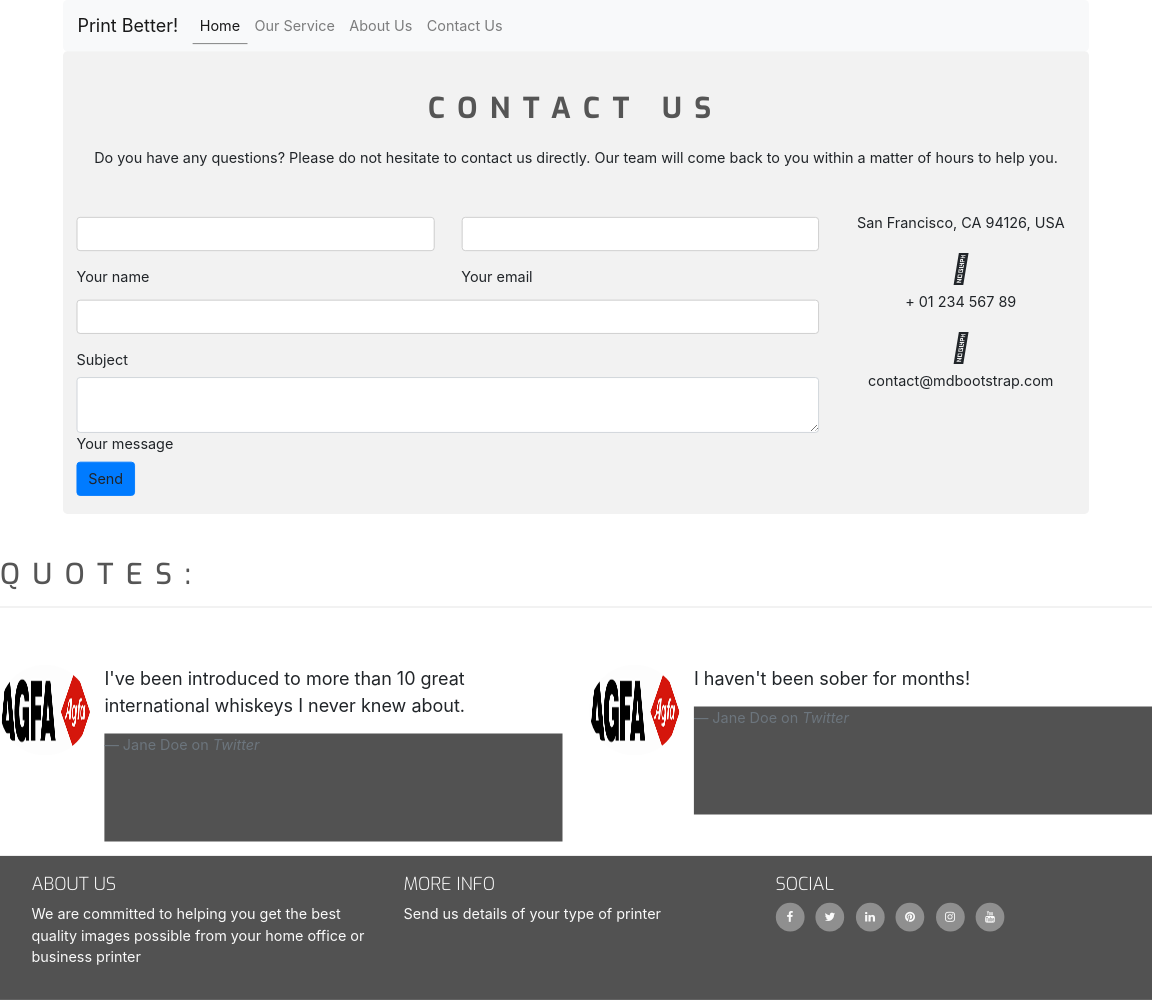
Repository: marks530/first_milestone
Page: Contact_Us.html
These files come from the project's save history. The page is drawn as it stood at one moment and after the next save; the edit follows.
The browser window is 1280 px wide. The page is 1295 px wide, then 1280 px, so the pictures cover 1295 px, including what lies to the right of the window. The pictures show the whole page, at 90% of full size.
Some web libraries are served in a nearby version.

Above is the page before, as saved 2021-03-19 13:13:51.

### Contact_Us.html
<!DOCTYPE html>
<html lang="en">

<head>
    <meta charset="UTF-8">
    <meta http-equiv="X-UA-Compatible" content="IE=edge">
    <meta name="viewport" content="width=device-width, initial-scale=1.0">
    <link href="css/style.css" rel="stylesheet" type="text/css" />
    <link rel="stylesheet" href="https://maxcdn.bootstrapcdn.com/bootstrap/4.2.1/css/bootstrap.min.css" type="text/css" />
    <link rel="stylesheet" href="https://maxcdn.bootstrapcdn.com/font-awesome/4.7.0/css/font-awesome.min.css" type="text/css" />
    <link rel="stylesheet" href="https://cdnjs.cloudflare.com/ajax/libs/hover.css/2.1.1/css/hover-min.css" type="text/css" />
    <link href='https://fonts.googleapis.com/css?family=Roboto:100,200,300,400' rel='stylesheet' type='text/css'>
    <title>Document</title>
</head>

<body>
    <section>
        <nav class="navbar navbar-custom navbar-expand-lg navbar-light bg-light container">
            <a class="navbar-brand" href="#">Print Better!</a>
            <button class="navbar-toggler" type="button" data-toggle="collapse" data-target="#navbarSupportedContent" aria-controls="navbarSupportedContent" aria-expanded="false" aria-label="Toggle navigation">
            <span class="navbar-toggler-icon"></span>
            </button>

            <div class="collapse navbar-collapse" id="navbarSupportedContent">
                <ul class="navbar-nav mr-auto">
                    <li class="nav-item active">
                        <a class="nav-link" href="#">Home <span class="sr-only">(current)</span></a>
                    </li>
                    <li class="nav-item">
                        <a class="nav-link" href="service.html">Our Service</a>
                    </li>
                    <li class="nav-item">
                        <a class="nav-link" href="about_us.html">About Us</a>
                    </li>
                    <li class="nav-item">
                        <a class="nav-link" href="#">Contact Us</a>
                    </li>
                </ul>

            </div>
        </nav>
    </section>
    <!--Section: Contact v.2-->
    <section class="container">

        <!--Section heading-->
        <h2 class="h1-responsive font-weight-bold text-center my-4">Contact us</h2>
        <!--Section description-->
        <p class="text-center w-responsive mx-auto mb-5">Do you have any questions? Please do not hesitate to contact us directly. Our team will come back to you within a matter of hours to help you.</p>

        <div class="row">

            <!--Grid column-->
            <div class="col-md-9 mb-md-0 mb-5">
                <form id="contact-form" name="contact-form" action="mail.php" method="POST">

                    <!--Grid row-->
                    <div class="row">

                        <!--Grid column-->
                        <div class="col-md-6">
                            <div class="md-form mb-0">
                                <input type="text" id="name" name="name" class="form-control">
                                <label for="name" class="">Your name</label>
                            </div>
                        </div>
                        <!--Grid column-->

                        <!--Grid column-->
                        <div class="col-md-6">
                            <div class="md-form mb-0">
                                <input type="text" id="email" name="email" class="form-control">
                                <label for="email" class="">Your email</label>
                            </div>
                        </div>
                        <!--Grid column-->

                    </div>
                    <!--Grid row-->

                    <!--Grid row-->
                    <div class="row">
                        <div class="col-md-12">
                            <div class="md-form mb-0">
                                <input type="text" id="subject" name="subject" class="form-control">
                                <label for="subject" class="">Subject</label>
                            </div>
                        </div>
                    </div>
                    <!--Grid row-->

                    <!--Grid row-->
                    <div class="row">

                        <!--Grid column-->
                        <div class="col-md-12">

                            <div class="md-form">
                                <textarea type="text" id="message" name="message" rows="2" class="form-control md-textarea"></textarea>
                                <label for="message">Your message</label>
                            </div>

                        </div>
                    </div>
                    <!--Grid row-->

                </form>

                <div class="text-center text-md-left">
                    <a class="btn btn-primary" onclick="document.getElementById('contact-form').submit();">Send</a>
                </div>
                <div class="status"></div>
            </div>
            <!--Grid column-->

            <!--Grid column-->
            <div class="col-md-3 text-center">
                <ul class="list-unstyled mb-0">
                    <li><i class="fas fa-map-marker-alt fa-2x"></i>
                        <p>San Francisco, CA 94126, USA</p>
                    </li>

                    <li><i class="fas fa-phone mt-4 fa-2x"></i>
                        <p>+ 01 234 567 89</p>
                    </li>

                    <li><i class="fas fa-envelope mt-4 fa-2x"></i>
                        <p>contact@mdbootstrap.com</p>
                    </li>
                </ul>
            </div>
            <!--Grid column-->

        </div>

    </section>
    <!--Section: Contact v.2-->
    <section class="quotes">
        <div class="row">
            <div class="col-12 my-5">
                <h2 class="text-uppercase">Quotes:</h2>
                <hr />
            </div>
        </div>
        <div class="row">
            <div class="col-12 col-md-6">
                <div class="media">
                    <div class="d-none d-sm-block">
                        <img src="images/AgfaLogo.png" class="rounded-circle mr-3" height=100 width=100>
                    </div>
                    <div class="media-body">
                        <blockquote class="blockquote">
                            <p>I've been introduced to more than 10 great international whiskeys I never knew about.</p>
                            <footer class="blockquote-footer">Jane Doe on <cite title="Twitter">Twitter</cite></footer>
                        </blockquote>
                    </div>
                </div>
            </div>
            <div class="col-12 col-md-6">
                <div class="media">
                    <div class="d-none d-sm-block">
                        <img src="images/AgfaLogo.png" class="rounded-circle mr-3" height=100 width=100>
                    </div>
                    <div class="media-body">
                        <blockquote class="blockquote">
                            <p>I haven't been sober for months!</p>
                            <footer class="blockquote-footer">Jane Doe on <cite title="Twitter">Twitter</cite></footer>
                        </blockquote>
                    </div>
                </div>
            </div>
        </div>
    </section>
    <footer class="container-fluid">
        <div id="footer-details" class="row">
            <div class="col-sm-4">
                <h5 class="uppercase general-sub">About Us</h5>
                <p class="inline-block">
                    We are committed to helping you get the best quality images possible from your home office or business printer
                </p>
            </div>
            <div class="col-sm-4">
                <h5 class="uppercase general-sub">More Info</h5>
                <p class="inline-block">
                    Send us details of your type of printer
                </p>
            </div>
            <div class="col-sm-4">
                <h5 class="uppercase general-sub">Social</h5>
                <ul class="list-inline social-links">
                    <li class="list-inline-item">
                        <a target="_blank" href="#">
                            <i class="fa fa-facebook" aria-hidden="true"></i>
                            <span class="sr-only">Facebook</span>
                        </a>
                    </li>
                    <li class="list-inline-item">
                        <a target="_blank" href="#">
                            <i class="fa fa-twitter" aria-hidden="true"></i>
                            <span class="sr-only">Twitter</span>
                        </a>
                    </li>
                    <li class="list-inline-item">
                        <a target="_blank" href="#">
                            <i class="fa fa-linkedin" aria-hidden="true"></i>
                            <span class="sr-only">LinkedIn</span>
                        </a>
                    </li>
                    <li class="list-inline-item">
                        <a target="_blank" href="#">
                            <i class="fa fa-pinterest" aria-hidden="true"></i>
                            <span class="sr-only">Pinterest</span>
                        </a>
                    </li>
                    <li class="list-inline-item">
                        <a target="_blank" href="#">
                            <i class="fa fa-instagram" aria-hidden="true"></i>
                            <span class="sr-only">Instagram</span>
                        </a>
                    </li>
                    <li class="list-inline-item">
                        <a target="_blank" href="#">
                            <i class="fa fa-youtube" aria-hidden="true"></i>
                            <span class="sr-only">YouTube</span>
                        </a>
                    </li>
                </ul>
            </div>
        </div>
    </footer>
    <script src="https://cdnjs.cloudflare.com/ajax/libs/popper.js/1.12.9/umd/popper.min.js" integrity="sha384-ApNbgh9B+Y1QKtv3Rn7W3mgPxhU9K/ScQsAP7hUibX39j7fakFPskvXusvfa0b4Q" crossorigin="anonymous"></script>
    <script src="https://code.jquery.com/jquery-3.2.1.slim.min.js" integrity="sha384-KJ3o2DKtIkvYIK3UENzmM7KCkRr/rE9/Qpg6aAZGJwFDMVNA/GpGFF93hXpG5KkN" crossorigin="anonymous"></script>
    <script src="https://maxcdn.bootstrapcdn.com/bootstrap/4.0.0/js/bootstrap.min.js" integrity="sha384-JZR6Spejh4U02d8jOt6vLEHfe/JQGiRRSQQxSfFWpi1MquVdAyjUar5+76PVCmYl" crossorigin="anonymous"></script>

</body>

</html>

### css/style.css
@import url('https://fonts.googleapis.com/css?family=Roboto:100,200,300,400,500,600,700|Exo:100,200,300,400,500,600,700');
body {
    font-family: Roboto;
    color: #777777
}

h2 {
    font-family: Exo;
    text-transform: uppercase;
    letter-spacing: 14px;
    color: #555555
}

#logo {
    float: left;
    font-size: 280%;
    margin-left: 120px;
}

#menu {
    font-size: 140%;
    list-style-type: none;
    letter-spacing: 1px;
    margin-right: 120px;
}

#menu {
    line-height: 75px;
}

#menu li {
    float: right;
    margin-right: 20px;
}

#menu a {
    text-decoration: none;
    color: inherit;
}

#menu a:hover {
    border-bottom: 1px solid #777777;
}

.active {
    border-bottom: 1px solid #777777;
}

.center {
    display: block;
    margin-left: auto;
    margin-right: auto;
    width: 65%;
    height: auto;
}

.old-new {
    max-width: 100%;
    height: auto;
    object-fit: contain;
}

#move-image-down {
    margin-top: 30px;
}

.jumbotron {
    padding-left: 20px;
    padding-right: 20px;
}


/*---------------Special paddings/margins/text */

h1,
h2,
h3,
h4 {
    margin: 0;
}

.uppercase {
    text-transform: uppercase;
}

.general-sub {
    font-family: "Exo", sans serif;
    font-weight: 300;
    color: #fafafa;
}

.shift {
    margin-top: 20px;
}


/*----------------------------------Footer */

footer {
    background-color: #525252;
    color: #fafafa;
    min-height: 120px;
    margin: 0;
}

.inline-block {
    display: inline-block;
}

.social-links {
    padding-bottom: 15px;
}

.social-links li a i {
    width: 32px;
    height: 32px;
    padding: 12px 0;
    border-radius: 50%;
    font-size: 13px;
    line-height: 7px;
    text-align: center;
    color: #fafafa;
    background: #8f8f8f;
    transition: all 0.35s ease-in-out;
    -moz-transition: all 0.35s ease-in-out;
    -webkit-transition: all 0.35s ease-in-out;
    -o-transition: all 0.35s ease-in-out;
}

.social-links li a i:hover {
    background: #e84610;
}

#footer-details {
    padding: 20px;
}


/*----------------------------------Test for text in a box */

.container {
    position: relative;
    width: 50%;
}

.image {
    opacity: 1;
    display: block;
    width: 100%;
    height: auto;
    transition: .5s ease;
    backface-visibility: hidden;
}

.middle {
    transition: .5s ease;
    opacity: 0;
    position: absolute;
    top: 50%;
    left: 50%;
    transform: translate(-50%, -50%);
    -ms-transform: translate(-50%, -50%);
    text-align: center;
}

.container:hover .image {
    opacity: 0.3;
}

.container:hover .middle {
    opacity: 1;
}

.text {
    background-color: #4CAF50;
    color: white;
    font-size: 16px;
    padding: 16px 32px;
}

#space {
    margin-top: 15px;
    margin-bottom: 15px;
}


/*----------------------------------Logo gentle zoom effect on hover */

.zoom {
    padding: 10px;
    background-color: white;
    transition: transform .8s;
    /* Animation */
    width: auto;
    height: auto;
    margin: 0 auto;
}

.zoom:hover {
    transform: scale(1.05);
    /* (150% zoom - Note: if the zoom is too large, it will go outside of the viewport) */
}


/*----------------------------------Contact Form styling*/

* {
    box-sizing: border-box;
}

input[type=text],
select,
textarea {
    width: 100%;
    padding: 12px;
    border: 1px solid #ccc;
    border-radius: 4px;
    box-sizing: border-box;
    margin-top: 6px;
    margin-bottom: 16px;
    resize: vertical;
}

input[type=submit] {
    background-color: #4CAF50;
    color: white;
    padding: 12px 20px;
    border: none;
    border-radius: 4px;
    cursor: pointer;
}

input[type=submit]:hover {
    background-color: #45a049;
}

.container {
    border-radius: 5px;
    background-color: #f2f2f2;
    padding: 20px;
}

After the next save:
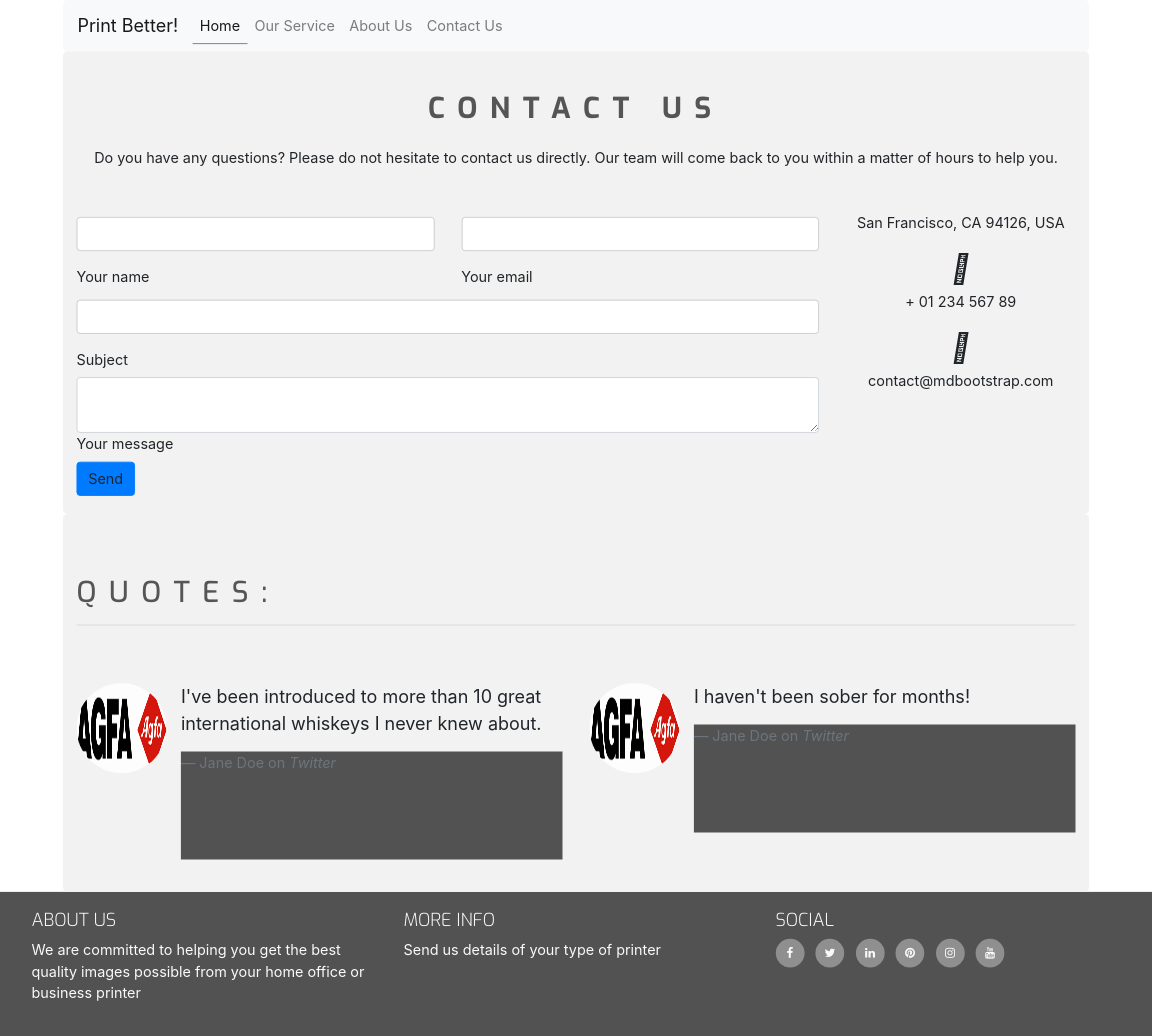
Saved 58 s later.
--- a/Contact_Us.html
+++ b/Contact_Us.html
@@ -135,7 +135,7 @@
 
     </section>
     <!--Section: Contact v.2-->
-    <section class="quotes">
+    <section class="quotes container">
         <div class="row">
             <div class="col-12 my-5">
                 <h2 class="text-uppercase">Quotes:</h2>
